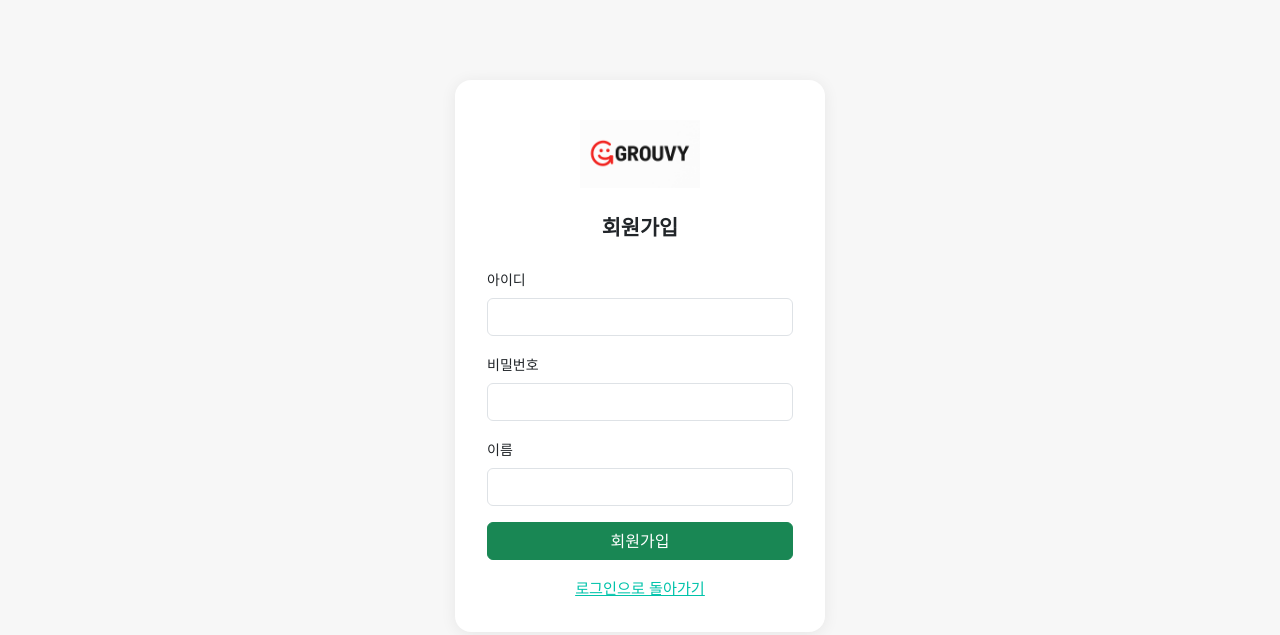
Repository: hyunbin7664/web-java-workspace
Page: groupware/src/main/webapp/sign_up.html
The author's editor kept a copy of each file at every save. The page is drawn from the files as they stood at one save, then again after the next save.
The browser window is 1280 px wide. The pictures show the whole page.

Above is the page before, as saved 2025-07-07 07:49:27.

### groupware/src/main/webapp/sign_up.html
<!DOCTYPE html>
<html lang="ko">
<head>
<meta charset="UTF-8">
<title>GROUVY 회원가입</title>
<meta name="viewport" content="width=device-width, initial-scale=1">
<link
	href="https://cdn.jsdelivr.net/npm/bootstrap@5.3.2/dist/css/bootstrap.min.css"
	rel="stylesheet">
<style>
body {
	background: #f7f7f7;
}

.auth-card {
	width: 100%;
	max-width: 370px;
	border-radius: 16px;
	box-shadow: 0 2px 16px rgba(0, 0, 0, 0.07);
	padding: 2.5rem 2rem 2rem 2rem;
	background: #fff;
	margin: 80px auto;
}

.auth-logo {
	display: block;
	margin: 0 auto 1.5rem auto;
	width: 120px;
}

.auth-title {
	font-size: 1.3rem;
	font-weight: bold;
	text-align: center;
	margin-bottom: 1.5rem;
}

.auth-link {
	color: #00c3aa;
	cursor: pointer;
	text-decoration: underline;
	font-size: 0.95rem;
}

.btn-grouvy {
	background-color: #e6002d; /* 붉은 계열 색상 */
	border-color: #e6002d;
	color: #fff;
	font-weight: 500;
}
</style>
</head>
<body>
	<div class="auth-card">
		<img src="grouvy_logo.jpg" alt="GROUVY 로고" class="auth-logo">
		<div class="auth-title">회원가입</div>
		<form action="login.html" method="get">
			<div class="mb-3">
				<label for="signupId" class="form-label small">아이디</label> <input
					type="text" class="form-control" id="signupId" required>
			</div>
			<div class="mb-3">
				<label for="signupPw" class="form-label small">비밀번호</label> <input
					type="password" class="form-control" id="signupPw" required>
			</div>
			<div class="mb-3">
				<label for="signupName" class="form-label small">이름</label> <input
					type="text" class="form-control" id="signupName" required>
			</div>
			<button type="submit" class="btn btn-success w-100 mb-2">회원가입</button>
		</form>
		<div class="text-center mt-2">
			<a href="login.html" class="auth-link">로그인으로 돌아가기</a>
		</div>
	</div>
</body>
</html>

After the next save:
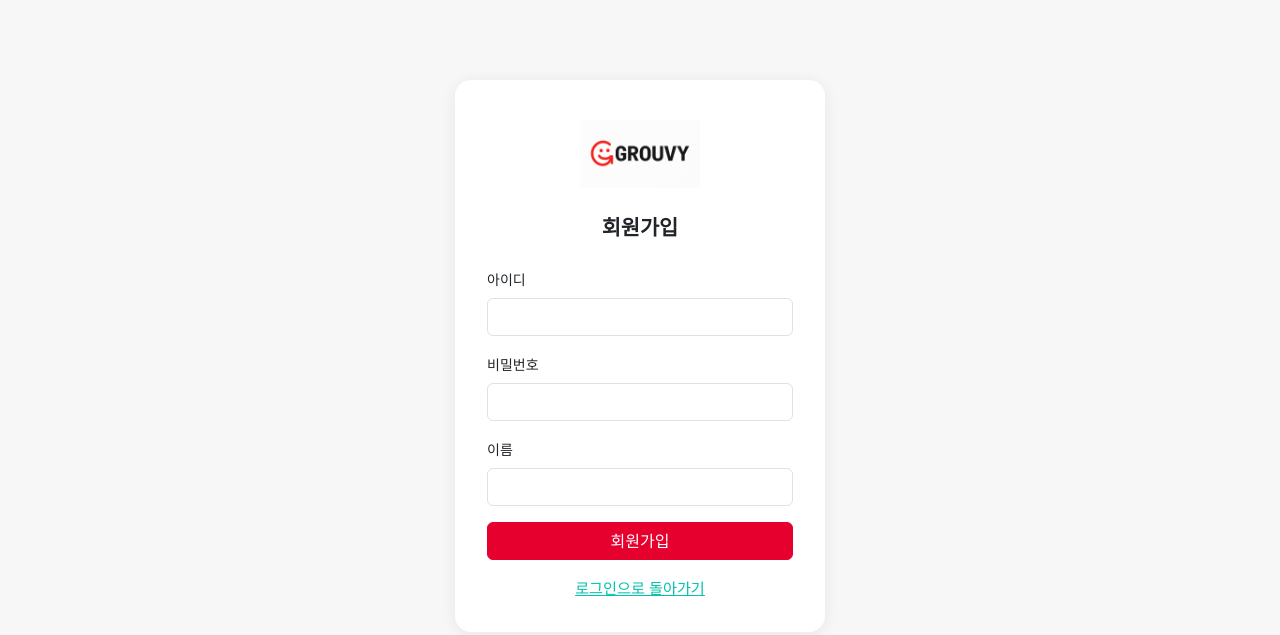
Saved 9 s later.
--- a/groupware/src/main/webapp/sign_up.html
+++ b/groupware/src/main/webapp/sign_up.html
@@ -67,7 +67,7 @@ body {
 				<label for="signupName" class="form-label small">이름</label> <input
 					type="text" class="form-control" id="signupName" required>
 			</div>
-			<button type="submit" class="btn btn-success w-100 mb-2">회원가입</button>
+			<button type="submit" class="btn btn-grouvy w-100 mb-2">회원가입</button>
 		</form>
 		<div class="text-center mt-2">
 			<a href="login.html" class="auth-link">로그인으로 돌아가기</a>
